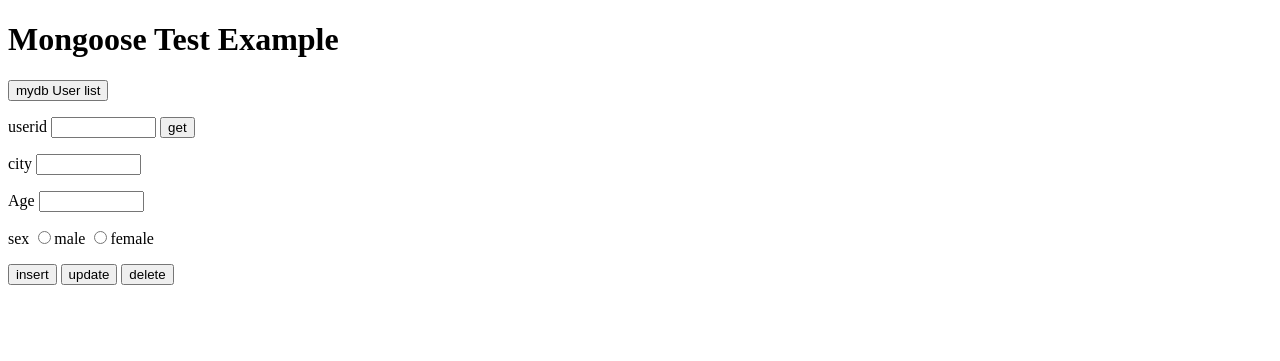
Repository: impelfin/anew
Page: http://localhost/
The author's editor kept a record of every edit. The page is drawn from the files as they stood at one moment, then again after the next edit.
The browser window is 1280 px wide. The pictures show the whole page.
The page is served by the project's Node server (node/mongos/app.js). Other server files are loaded and not shown.

Above is the page before.

### node/mongos/views/index.html
<!DOCTYPE html>
<html>
<head>
<meta charset="UTF-8">
<title>Insert title here</title>
</head>
<body>
<h1> Mongoose Test Example</h1>
<form method='post' action='/insert' name='mongoform' >
      <input type='button' value='mydb User list'  onclick='location.href="/list"' >
      <p>
      userid <input type='text' size='10' name='userid'>
      <input type='button' value='get' onclick='location.href="/get?input="+document.mongoform.userid.value'>
      <p>
      city <input type='text' size='10' name='city'>
      <p>
      Age <input type='text' size='10' name='age'>
      <p>
      sex <input type='radio' name='sex' value='male'>male
      <input type='radio' name='sex' value='female'>female
      <p>
      <input type='submit' value='insert' onclick='this.form.action="/insert"' >
      <input type='submit' value='update' onclick='this.form.action="/update"' >
      <input type='submit' value='delete' onclick='this.form.action="/delete"' >
</form>
</body>
</html>

### node/mongos/app.js
const express = require('express');
const morgan = require('morgan');
const path = require('path');
const app = express();
const bodyParser = require('body-parser');
const cookieParser = require('cookie-parser');
const router = express.Router();

// view engine setup
app.set('port', process.env.PORT || 3000)

app.use(morgan('dev'));
app.use(bodyParser.json());
app.use(bodyParser.urlencoded({ extended: false }));
app.use(cookieParser());
app.use(express.static(path.join(__dirname, 'views')));

//mongoose configuration
const mongoose = require("mongoose")
mongoose.connect('mongodb://43.201.94.25:27017/mydb')

// routes setup
var main = require('./routes/main.js');
app.use('/', main);

app.listen(app.get('port'), () =>{
	console.log('3000 Port : 서버 실행 중')
});

After the next edit:
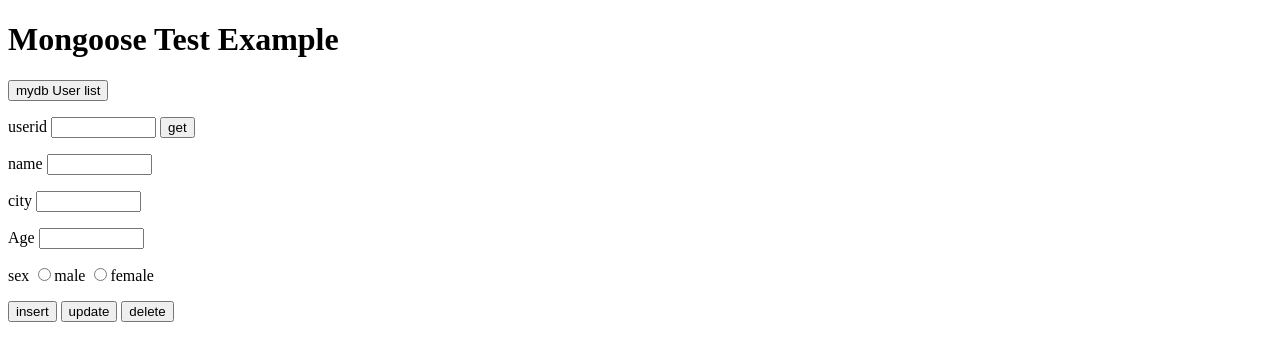
The edit:
--- a/node/mongos/views/index.html
+++ b/node/mongos/views/index.html
@@ -12,6 +12,8 @@
       userid <input type='text' size='10' name='userid'>
       <input type='button' value='get' onclick='location.href="/get?input="+document.mongoform.userid.value'>
       <p>
+      name <input type='text' size='10' name='name'>
+      <p>
       city <input type='text' size='10' name='city'>
       <p>
       Age <input type='text' size='10' name='age'>
